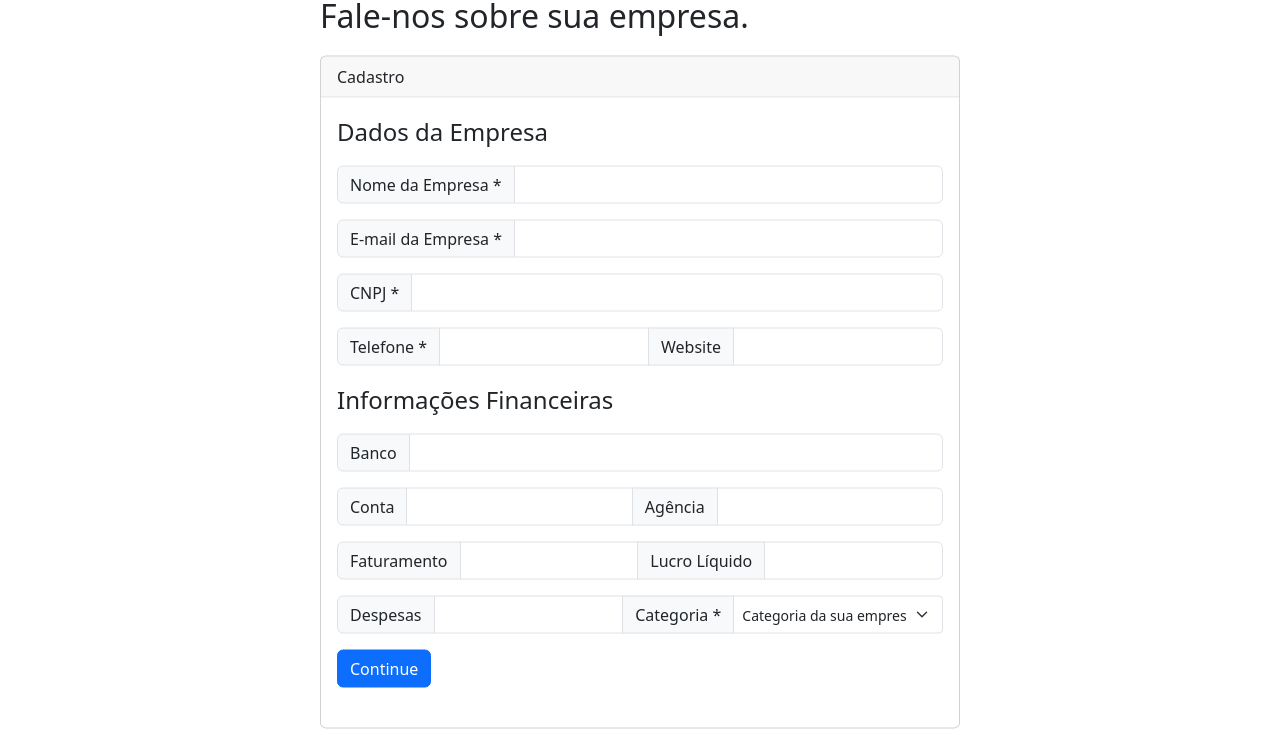
Repository: vandrecx/utilitaries
Page: http://localhost/login_archive/cadastro.php
The author's editor kept a copy of each file at every save. The page is drawn from the files as they stood at one save, then again after the next save.
The browser window is 1280 px wide. The pictures show the whole page.
The page is run by PHP 8.4 with error messages shown; the project is at /var/www/html/.

Above is the page before, as saved 2024-05-04 13:34:00.

### login_archive/cadastro.php
<?php

require_once 'Conn.php';
include 'funcoes.php';

?>

<!DOCTYPE html>
<html lang="en">
<head>
    <meta charset="UTF-8">
    <meta name="viewport" content="width=device-width, initial-scale=1.0">
    <link href="https://cdn.jsdelivr.net/npm/bootstrap@5.3.3/dist/css/bootstrap.min.css" rel="stylesheet" integrity="sha384-QWTKZyjpPEjISv5WaRU9OFeRpok6YctnYmDr5pNlyT2bRjXh0JMhjY6hW+ALEwIH" crossorigin="anonymous">
    <title>Página de Cadastro</title>
</head>
<body>
    <div style="width: 50%; justify-content: center; position: absolute; top: 50%; left: 50%; transform: translate(-50%, -50%);">
        <p class="fs-2">Fale-nos sobre sua empresa.</p>
        <div class="card">
            <div class="card-header">
                Cadastro
            </div>
            <div class="card-body">
                <p class="fs-4">Dados da Empresa</p>
                <form method="POST" action="UserSignUp.php">
                    <div class="input-group mb-3">
                        <span class="input-group-text" id="inputGroup-sizing-default">Nome da Empresa *</span>
                        <input type="text" name="nome-empresa" class="form-control" aria-label="Sizing example input" aria-describedby="inputGroup-sizing-default" required>
                    </div>
                    <div class="input-group mb-3">
                        <span class="input-group-text" id="inputGroup-sizing-default">E-mail da Empresa *</span>
                        <input type="text" name="email-empresa" class="form-control" aria-label="Sizing example input" aria-describedby="inputGroup-sizing-default" required>
                    </div>
                    <div class="input-group mb-3">
                        <span class="input-group-text" id="inputGroup-sizing-default">CNPJ *</span>
                        <input type="text" name="cnpj" class="form-control" aria-label="Sizing example input" aria-describedby="inputGroup-sizing-default" required>
                    </div>
                    <div class="input-group mb-3">
                        <span class="input-group-text" id="inputGroup-sizing-default">Telefone *</span>
                        <input type="text" name="telefone-empresa" class="form-control" aria-label="Sizing example input" aria-describedby="inputGroup-sizing-default" required>
                        <span class="input-group-text" id="inputGroup-sizing-default">Website</span>
                        <input type="text" name="website-empresa" class="form-control" aria-label="Sizing example input" aria-describedby="inputGroup-sizing-default">
                    </div>
                    <p class="fs-4">Informações Financeiras</p>
                    <div class="input-group mb-3">
                        <span class="input-group-text" id="inputGroup-sizing-default">Banco</span>
                        <input type="text" name="banco-empresa" class="form-control" aria-label="Sizing example input" aria-describedby="inputGroup-sizing-default">
                    </div>
                    <div class="input-group mb-3">
                        <span class="input-group-text" id="inputGroup-sizing-default">Conta</span>
                        <input type="text" name="conta-empresa" class="form-control" aria-label="Sizing example input" aria-describedby="inputGroup-sizing-default">
                        <span class="input-group-text" id="inputGroup-sizing-default">Agência</span>
                        <input type="text" name="agencia-empresa" class="form-control" aria-label="Sizing example input" aria-describedby="inputGroup-sizing-default">
                    </div>
                    <div class="input-group mb-3">
                        <span class="input-group-text" id="inputGroup-sizing-default">Faturamento</span>
                        <input type="text" name="faturamento-empresa" class="form-control" aria-label="Sizing example input" aria-describedby="inputGroup-sizing-default">
                        <span class="input-group-text" id="inputGroup-sizing-default">Lucro Líquido</span>
                        <input type="text" name="lucro-empresa" class="form-control" aria-label="Sizing example input" aria-describedby="inputGroup-sizing-default">
                    </div>
                    <div class="input-group mb-3">
                        <span class="input-group-text" id="inputGroup-sizing-default">Despesas</span>
                        <input type="text" name="despesas-empresa" class="form-control" aria-label="Sizing example input" aria-describedby="inputGroup-sizing-default">
                        <span class="input-group-text" id="inputGroup-sizing-default">Categoria *</span>
                        <select class="form-select form-select-sm" name="select-empresa" aria-label="Large select example" required>
                            <option selected>Categoria da sua empresa</option>
                            <option value="ps">Prestação de Serviços</option>
                            <option value="industria">Indústria</option>
                            <option value="vendas">Vendas</option>
                        </select>
                    </div>
                    <button type="submit" class="btn btn-primary" name="submit">Continue</button>
                </form>
                <br>

                <?php if(isset($_GET['validation']) && $_GET['validation'] == '0'){ ?>
                    <br>
                    <div class="alert alert-danger" role="alert">
                        Número de telefone com quantidade de caracteres inválido.
                    </div>
                <?php } ?>

            </div>
        </div>
    </div>

</body>
</html>

### login_archive/Conn.php
<?php

//PDO (PHP DATA OBJECTS)

$pdo = new PDO("mysql:host=localhost; dbname=sistema; charset=UTF8", "root", ""); // REALIZA CONEXÃO COM PDO
$pdo->setAttribute(PDO::ATTR_ERRMODE, PDO::ERRMODE_EXCEPTION); // EXCEPTIONS

?>

### login_archive/funcoes.php
<?php

require_once 'Conn.php';

// FUNÇÃO RESPONSÁVEL POR SANITIZAR OS DADOS PASSADOS POR POST
function sanitizeData($input_name, $type){
    switch ($type){

        case 'text':
            return filter_input(INPUT_POST, $input_name, FILTER_SANITIZE_SPECIAL_CHARS);
            break;

        case 'email':
            $email = filter_input(INPUT_POST, $input_name, FILTER_SANITIZE_EMAIL);
            //VALIDAR EMAIL AQUI NO MEIO
            return $email;
            break;

        case 'url':
            return filter_input(INPUT_POST, $input_name, FILTER_SANITIZE_URL);
            break;

        case 'int':
            return filter_input(INPUT_POST, $input_name, FILTER_SANITIZE_NUMBER_INT);
            break;

        case 'float':
            return filter_input(INPUT_POST, $input_name, FILTER_SANITIZE_NUMBER_FLOAT);
            break;

        default:
            return $input_name;
    }
}

// GERA SENHA ALEATÓRIA DE 6 CARACTERES
function generatePassword(){
    $chars = 'abcdefghijklmnopqrstuvwxyzABCDEFGHIJKLMNOPQRSTUVWXYZ0123456789!@#$%^&*()-_=+';
    return substr(str_shuffle($chars), 0, 5) . substr(str_shuffle('ABCDEFGHIJKLMNOPQRSTUVWXYZ!@#$%^&*()-_=+'), 0, 1);
}

// ATUALIZA SENHA (usada em ForgotPassword.php)
function updatePass($newpass, $email, $pdo){

    try{

        $update = $pdo->prepare("UPDATE entidade SET s_password_entidade = :new_pass WHERE s_enterpriseemail_entidade = :s_enterpriseemail_entidade");
        $update->bindParam(':new_pass', $newpass);
        $update->bindParam(':s_enterpriseemail_entidade', $email);
        $update->execute();

    } catch(PDOException $err) {

        echo 'Erro na atualização: ' . $err;

    }

}

//ESCONDE EMAIL DE RECUPERAÇÃO PASSADO POR SESSION
function hideEmail(){

    session_start();

    $email = $_SESSION['pass_repair'];
    $encript_email = substr($email, 0, 5);
    $result_email = $encript_email . str_repeat("*", strlen($email) - 5);

    session_destroy();

    return $result_email;
}

//FORMATA NÚMERO E RETORNA FORMATADO
function formataNumero($numero){

    $padrao = '/^\(\d{2}\) \d{5}-\d{4}$/';
    sanitizeData($numero, 'text');

    if(preg_match($padrao, $numero)){

        return $numero;

    }else{
        $numero = preg_replace('/\D/', '', $numero);
        if(strlen($numero)!=11){
            header("Location: cadastro.php?validation=0"); // ERRO DE NUMERO INVALIDO
            exit();
        }else{
            $numero_formatado = '(' . substr($numero, 0, 2) . ') ' . substr($numero, 2, 5) . '-' . substr($numero, 7);
            return $numero_formatado;
        }
    }
}


// FORMATAR TELEFONE FIXO
function formataTelefoneFixo($numero){

    $padrao = '/^\(\d{2}\) [2-9]\d{3}-\d{4}$/';
    $numero_sanitizado = sanitizeData($numero, 'text');

    if(preg_match($padrao, $numero_sanitizado)){
        return $numero_sanitizado;
    }else{
        $numero_sanitizado = preg_replace('/\D/', '', $numero_sanitizado);

        if(strlen($numero_sanitizado)!=10){
            header("Location: cadastro.php?validation=0"); // ERRO DE NUMERO INVALIDO
            exit();
        }else{
            $numero_formatado = '(' . substr($numero_sanitizado, 0, 2) . ') ' . substr($numero_sanitizado, 2, 4) . '-' . substr($numero_sanitizado, 6);
            return $numero_formatado;
        }
    }
}

// FORMATAR NUMERO FLOAT
function formataFloat($valor){
    $padrao = '/^\d+(\.\d+)?$/';

    if (preg_match($padrao, $valor)) {
        return $valor;
    } else {
        $valor_formatado = number_format($valor, 2, '.', ',');

        return $valor_formatado;
    }


}

function formataCNPJ($cnpj){
    if (!preg_match('/^\d{2}\.\d{3}\.\d{3}\/\d{4}-\d{2}$/', $cnpj)) {
        return false;
    }else{
        $cnpj = preg_replace('/\D/', '', $cnpj);

        $cnpj_formatado = substr($cnpj, 0, 2) . '.' . substr($cnpj, 2, 3) . '.' . substr($cnpj, 5, 3) . '/' . substr($cnpj, 8, 4) . '-' . substr($cnpj, 12);

        return $cnpj_formatado;
    }

}

// VALIDA CNPJ, VOU TIRAR POR ENQUANTO PRA TESTE
function validaCNPJ($cnpj){

    sanitizeData($cnpj, 'text');

    $url = "https://publica.cnpj.ws/cnpj/$cnpj";
    $curl = curl_init($url);
    curl_setopt($curl, CURLOPT_URL, $url);
    curl_setopt($curl, CURLOPT_RETURNTRANSFER, true);

    curl_setopt($curl, CURLOPT_SSL_VERIFYHOST, false);
    curl_setopt($curl, CURLOPT_SSL_VERIFYPEER, false);

    $resp = curl_exec($curl);
    curl_close($curl);

    if(json_decode($resp, true)){
        return $cnpj;
    }else{
        header("Location: cadastro.php?validation=1"); // CNPJ INVALIDO
        exit();
    }
}

?>

After the next save:
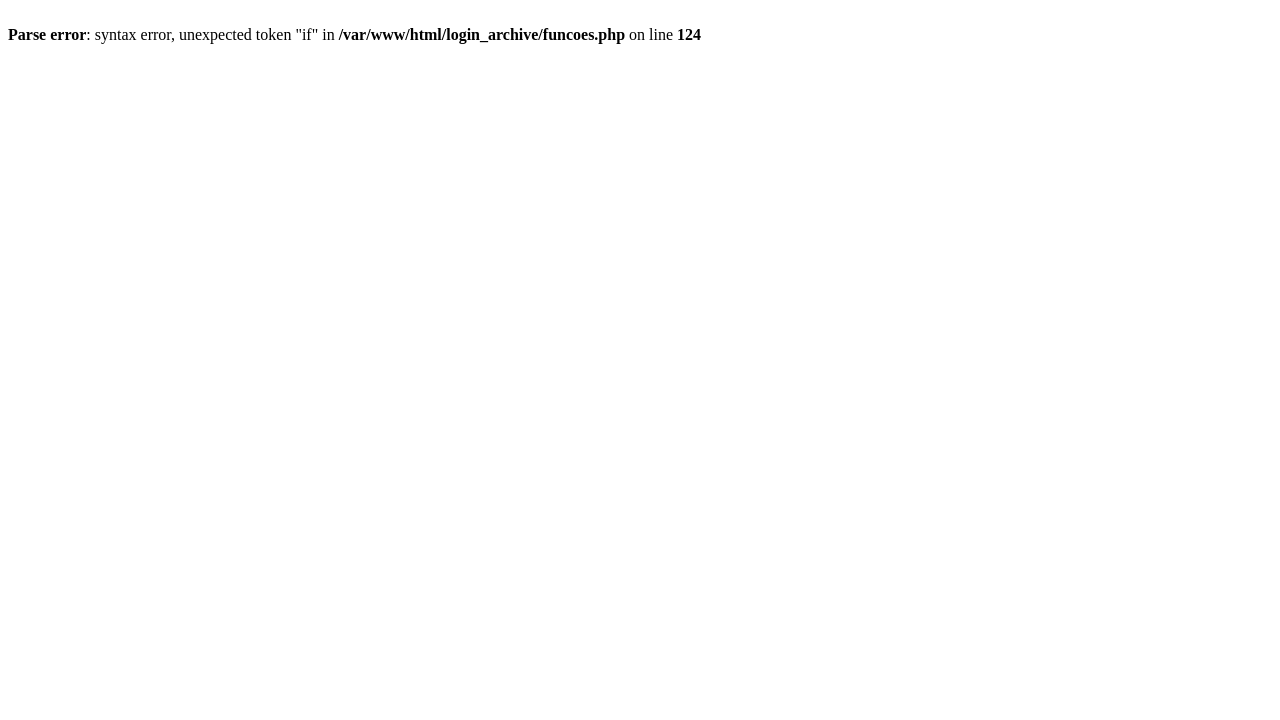
Saved 115 s later.
--- a/login_archive/funcoes.php
+++ b/login_archive/funcoes.php
@@ -116,8 +116,10 @@
 }
 
 // FORMATAR NUMERO FLOAT
-function formataFloat($valor){
+function formataFloat($post_name){
     $padrao = '/^\d+(\.\d+)?$/';
+
+    $valor = sanitizeData('')
 
     if (preg_match($padrao, $valor)) {
         return $valor;

After the save that followed:
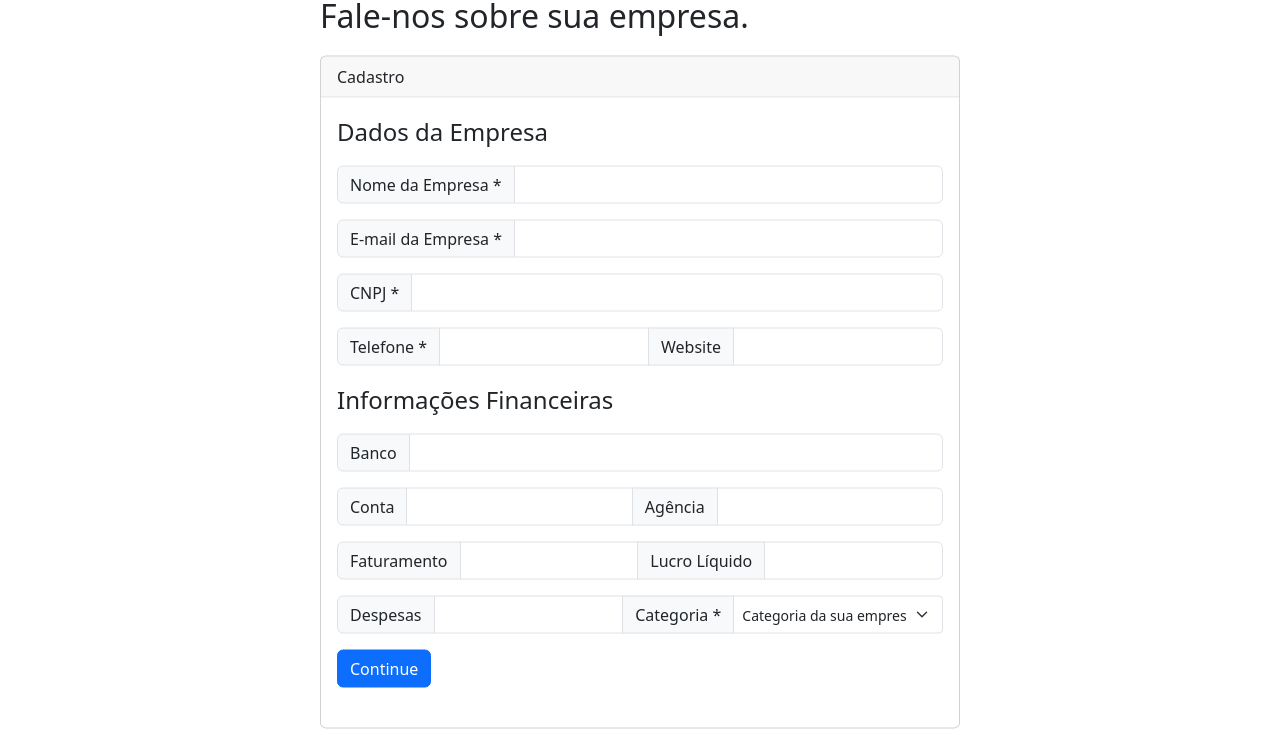
Saved 29 s later.
--- a/login_archive/funcoes.php
+++ b/login_archive/funcoes.php
@@ -119,7 +119,7 @@
 function formataFloat($post_name){
     $padrao = '/^\d+(\.\d+)?$/';
 
-    $valor = sanitizeData('')
+    $valor = sanitizeData($post_name, 'text');
 
     if (preg_match($padrao, $valor)) {
         return $valor;
